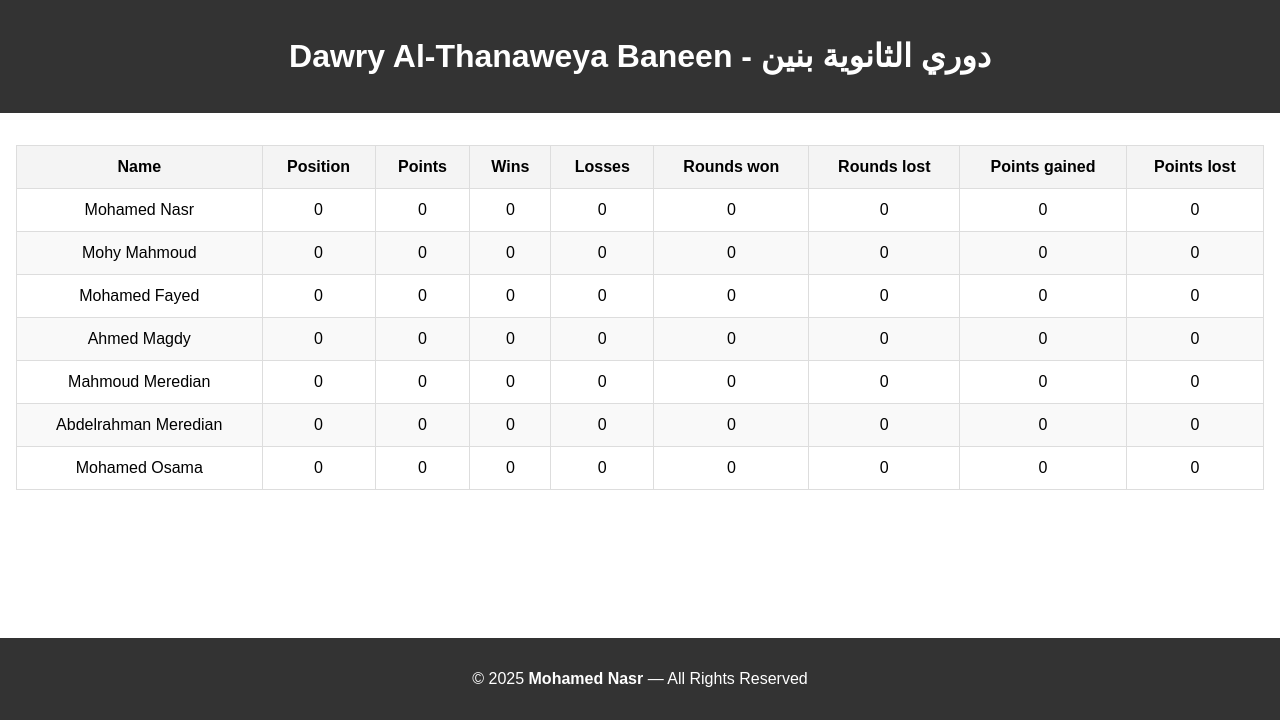
Repository: MohamedNasr95/Dawry-Al-Thanaweya-Baneen
Page: Index.html
The author's editor kept a copy of each file at every save. The page is drawn from the files as they stood at one save, then again after a run of saves.
The browser window is 1280 px wide. The pictures show the whole page.

Above is the page before, as saved 2025-09-07 23:50:34.

### Index.html
<!DOCTYPE html>
<html lang="en">
<head>
  <meta charset="UTF-8" />
  <meta name="viewport" content="width=device-width, initial-scale=1.0" />
  <title>Dawry Al-Thanaweya Baneen</title>
  <link rel="stylesheet" href="style.css">
</head>
<body>
  <header>
    <h1>Dawry Al-Thanaweya Baneen - دوري   الثانوية   بنين     </h1>
  </header>
  <main>
    <table>
      <thead>
        <tr>
          <th>Name</th>
          <th>Position</th>
          <th>Points</th>
          <th>Wins</th>
          <th>Losses</th>
          <th>Rounds won</th>
          <th>Rounds lost</th>
          <th>Points gained</th>
          <th>Points lost</th>
        </tr>
      </thead>
      <tbody id="tbody">

         <!-- Add more rows here -->

      </tbody>
    </table>
  </main>
  <footer>
    <p>&copy; 2025 <strong>Mohamed Nasr</strong> — All Rights Reserved</p>
  </footer>

  <script src="script.js"></script>
</body>
</html>

### style.css
body {
    font-family: Arial, sans-serif;
    margin: 0;
    padding: 0;
    display: flex;
    min-height: 100vh;
    flex-direction: column;
}
header, footer {
    background-color: #333;
    color: #fff;
    padding: 1rem;
    text-align: center;
}
main {
    flex: 1;
    padding: 1rem;
}
table {
    width: 100%;
    border-collapse: collapse;
    margin: 1rem 0;
}
th, td {
    border: 1px solid #ddd;
    padding: 0.75rem;
    text-align: center;
}
th {
    background-color: #f4f4f4;
}
tr:nth-child(even) {
    background-color: #f9f9f9;
}
tr:hover {
    background-color: #e0e0e0;
}

### script.js
table = document.getElementById("tbody")
// console.log(table)
// name = "Mustafa";
players = [{ID: 1, name: "Mohamed Nasr", position: 0, points: 0, win: 0, loss: 0, rWin: 0, rLost: 0, pGained: 0, pLost:0},
    {ID: 2, name: "Mohy Mahmoud", position: 0, points: 0, win: 0, loss: 0, rWin: 0, rLost: 0, pGained: 0, pLost:0},
    {ID: 3, name: "Mohamed Fayed", position: 0, points: 0, win: 0, loss: 0, rWin: 0, rLost: 0, pGained: 0, pLost:0},
    {ID: 4, name: "Ahmed Magdy", position: 0, points: 0, win: 0, loss: 0, rWin: 0, rLost: 0, pGained: 0, pLost:0},
    {ID: 5, name: "Mahmoud Meredian", position: 0, points: 0, win: 0, loss: 0, rWin: 0, rLost: 0, pGained: 0, pLost:0},
    {ID: 6, name: "Abdelrahman Meredian", position: 0, points: 0, win: 0, loss: 0, rWin: 0, rLost: 0, pGained: 0, pLost:0},
    {ID: 7, name: "Mohamed Osama", position: 0, points: 0, win: 0, loss: 0, rWin: 0, rLost: 0, pGained: 0, pLost:0},
]

for( tVar = 0 ; tVar < players.length ; tVar++ )
{
    table.innerHTML +=
    `
        <tr>
            <td>${players[tVar].name}</td>
            <td>${players[tVar].position}</td>
            <td>${players[tVar].points}</td>
            <td>${players[tVar].win}</td>
            <td>${players[tVar].loss}</td>
            <td>${players[tVar].rWin}</td>
            <td>${players[tVar].rLost}</td>
            <td>${players[tVar].pGained}</td>
            <td>${players[tVar].pLost}</td>
        </tr>
    `
}

After the next 2 saves:
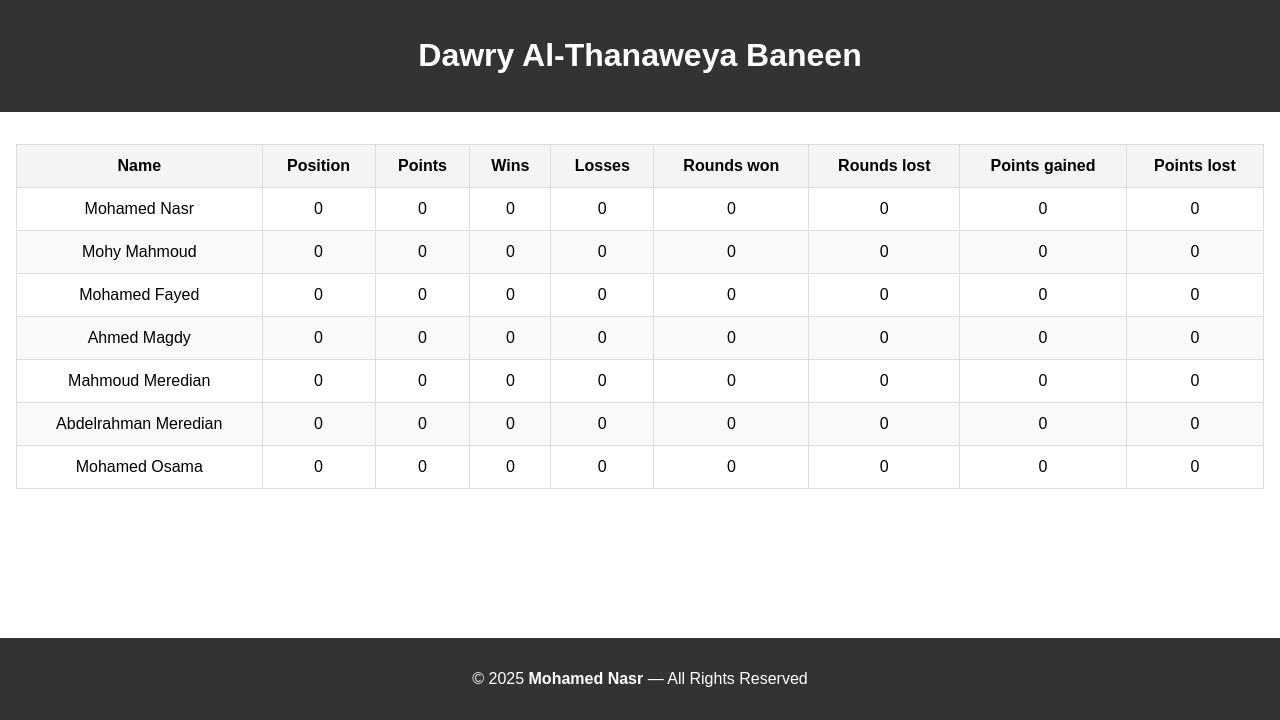
The 2 saves are shown as one change because they came seconds apart.
The last was saved 25 s later.
--- a/Index.html
+++ b/Index.html
@@ -8,7 +8,7 @@
 </head>
 <body>
   <header>
-    <h1>Dawry Al-Thanaweya Baneen - دوري   الثانوية   بنين     </h1>
+    <h1>Dawry Al-Thanaweya Baneen</h1>
   </header>
   <main>
     <table>
